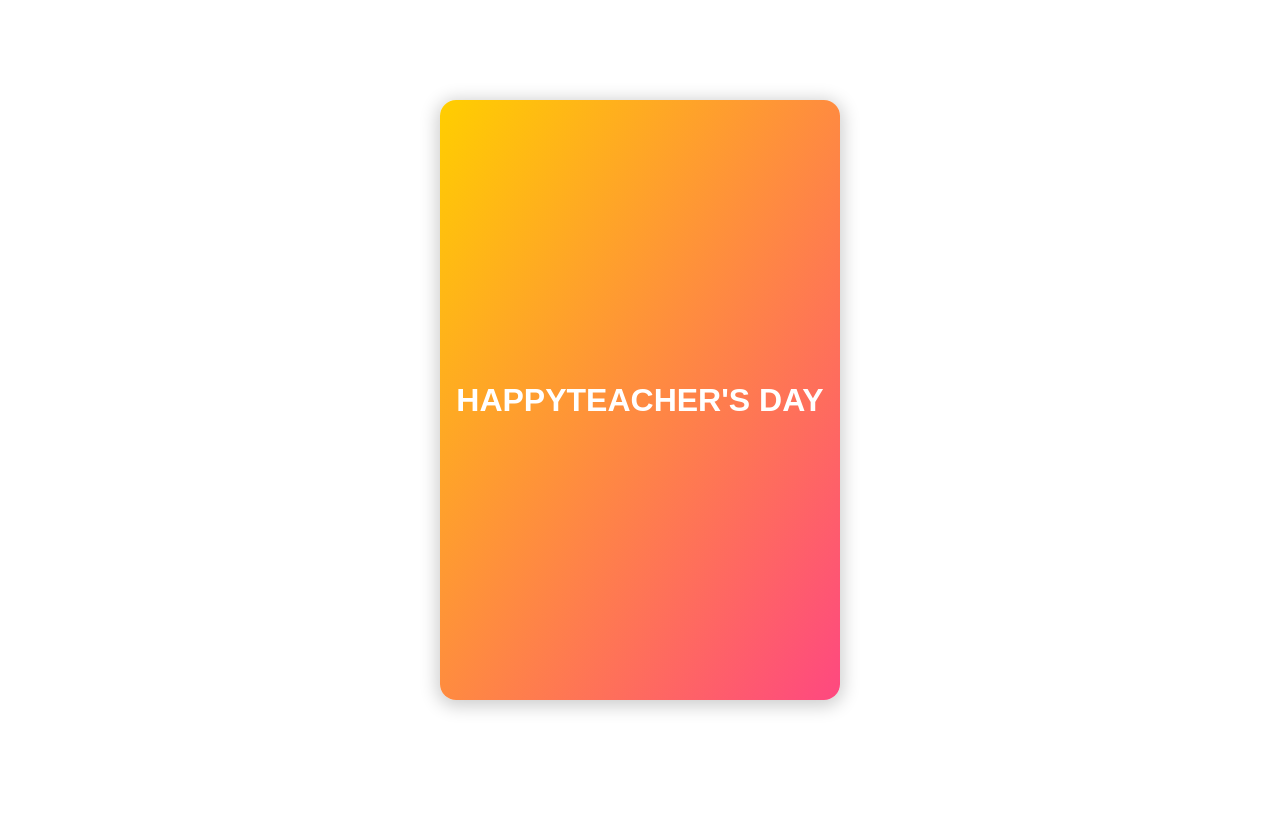
Repository: maixuanhieu/giftcard
Page: index.html
The author's editor kept a copy of each file at every save. The page is drawn from the files as they stood at one save, then again after the next save.
The browser window is 1280 px wide. The pictures show the whole page.
The style sheet was rebuilt from its Sass, Less or Tailwind sources for each picture, by a compiler version that may differ from the author's.

Above is the page before, as saved 2021-11-17 19:30:36.

### index.html
<!DOCTYPE html>
<html lang="en">

<head>
    <meta charset="UTF-8">
    <meta http-equiv="X-UA-Compatible" content="IE=edge">
    <meta name="viewport" content="width=device-width, initial-scale=1.0">
    <title>CSS Flip Card</title>
    <link rel="stylesheet" href="style.css">
</head>

<body>
   <div class="card">
       <div class="card__inner">
           <div class="card__face card__face--front">
            <h2>HAPPY</h2>
            <h2>TEACHER'S DAY</h2>
           </div>
           <div class="card__face card__face--back">
            <div class="card__content">
                <div class="card__header">
                    <img src="xi.jpg" alt="" srcset="" class="fox">
                    <h2></h2>
                </div>

                <div class="card__body">
                    <h3>Javascript</h3>
                    <p>Lorem ipsum dolor sit, amet consectetur adipisicing elit. Quia ea ab eveniet ducimus totam. Mollitia quasi eos reprehenderit exercitationem dignissimos saepe totam labore laudantium vitae deserunt? Ea quaerat ex nemo.</p>
                </div>
            </div>
           </div>
       </div>
   </div>



</body>



<script src="main.js"></script>
</html>

### main.js
const card = document.querySelector('.card__inner');

card.addEventListener('click', function(){
    card.classList.toggle('is-flipped');
});

### style.scss
:root {
    --primary: #FFCE00;
    --secondary: #FE4880;
    --dark: #212121;
    --light: #F3F3F3;
}

*{
    margin: 0;
    padding: 0;
}

body{
    font-family: montserrat, sans-serif;
    width: 100%;
    min-height: 100vh;
}

.card{
    margin: 100px auto 0;
    width: 400px;
    height: 600px;
    perspective: 1000px;

    &__inner{
        width: 100%;
        height: 100%;
        transition: transform 1s;
        transform-style: preserve-3d;
        cursor: pointer;
        position: relative;
    }

    &__inner.is-flipped{
        transform: rotateY(180deg);
    }

    &__face{
        position: absolute;
        width: 100%;
        height: 100%;
        backface-visibility: hidden;
        overflow: hidden;
        border-radius: 16px;
        box-shadow: 0px 3px 18px 3px rgba(0,0,0,0.2);
    }

    &__face--front{
        background-image: linear-gradient(to bottom right, var(--primary), var(--secondary));
        display: flex;
        align-items: center;
        justify-content: center;
    }

    &__face--front h2{
        color: #FFF;
        font-size: 32px;
    }

    &__face--back{
        background-color: var(--light);
        transform: rotateY(180deg);
    }

    &__content{
        width: 100%;
        height: 100%;
    }

    &__header{
        position: relative;
        padding: 30px 30px 40px;
    }

    &__header::after{
        content: '';
        display: block;
        position: absolute;
        top: 0;
        left: 0;
        right: 0;
        bottom: 0;
        z-index: -1;
        border-radius: 0 0 50% 0;
        background-image: linear-gradient(to bottom left, var(--primary) 10%, var(--secondary) 115%);
    }

    &__header h2{
        color: #FFF;
        font-size: 32px;
        font-weight: 900;
        text-transform: uppercase;
        text-align: center;
    }

    &__body{
        padding: 30px;
    }

    &__body h3{
        color: var(--dark);
        font-size: 24px;
        font-weight: 600;
        margin-bottom: 15px;
    }

    &__body p {
        color: var(--dark);
        font-size: 18px;
        line-height: 1.5;
    }
}

.fox{
    display: block;
    width: 173px;
    height: 113px;
    margin: 0 auto 30px;
    border-radius: 50%;
    background-color: #FFF;
    border: 5px solid #FFF;
    object-fit: cover;
}

After the next save:
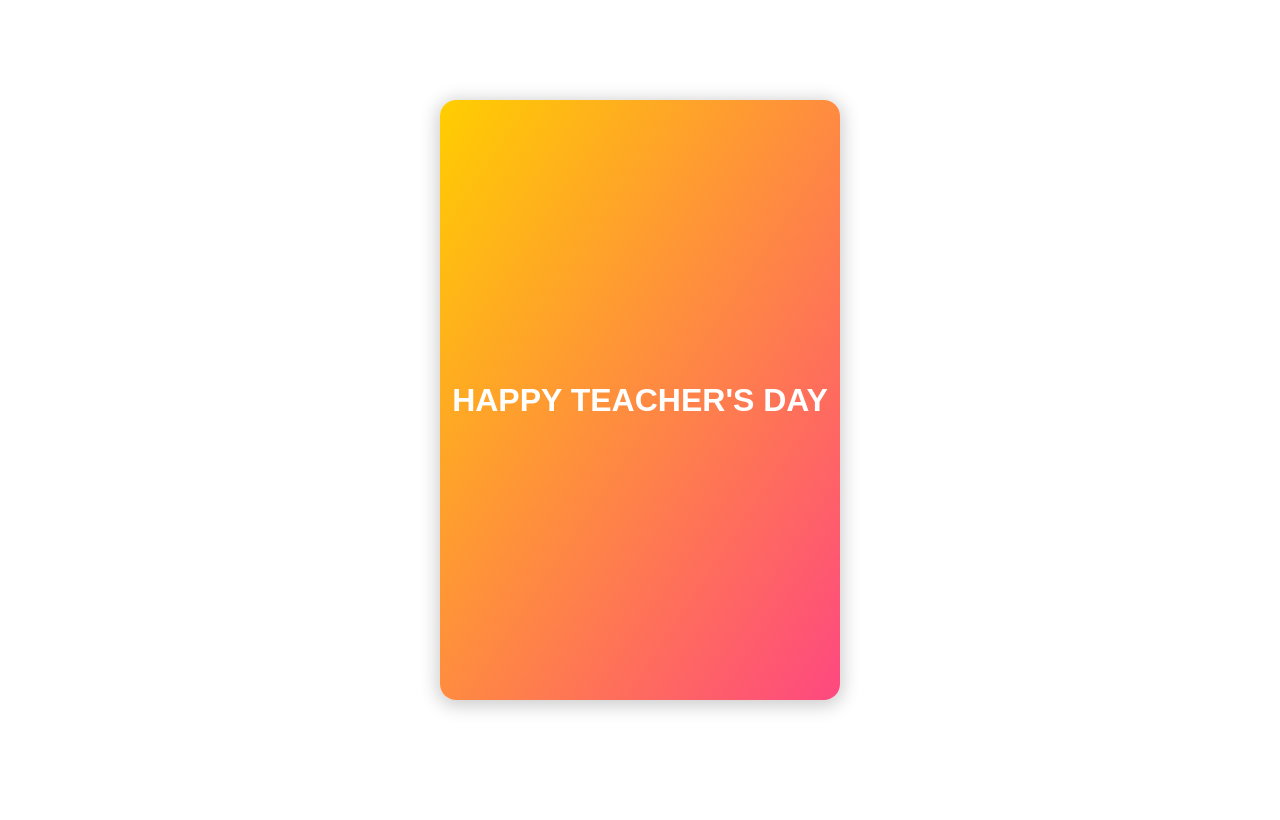
Saved 18 s later.
--- a/index.html
+++ b/index.html
@@ -13,8 +13,7 @@
    <div class="card">
        <div class="card__inner">
            <div class="card__face card__face--front">
-            <h2>HAPPY</h2>
-            <h2>TEACHER'S DAY</h2>
+            <h2>HAPPY TEACHER'S DAY</h2>
            </div>
            <div class="card__face card__face--back">
             <div class="card__content">
